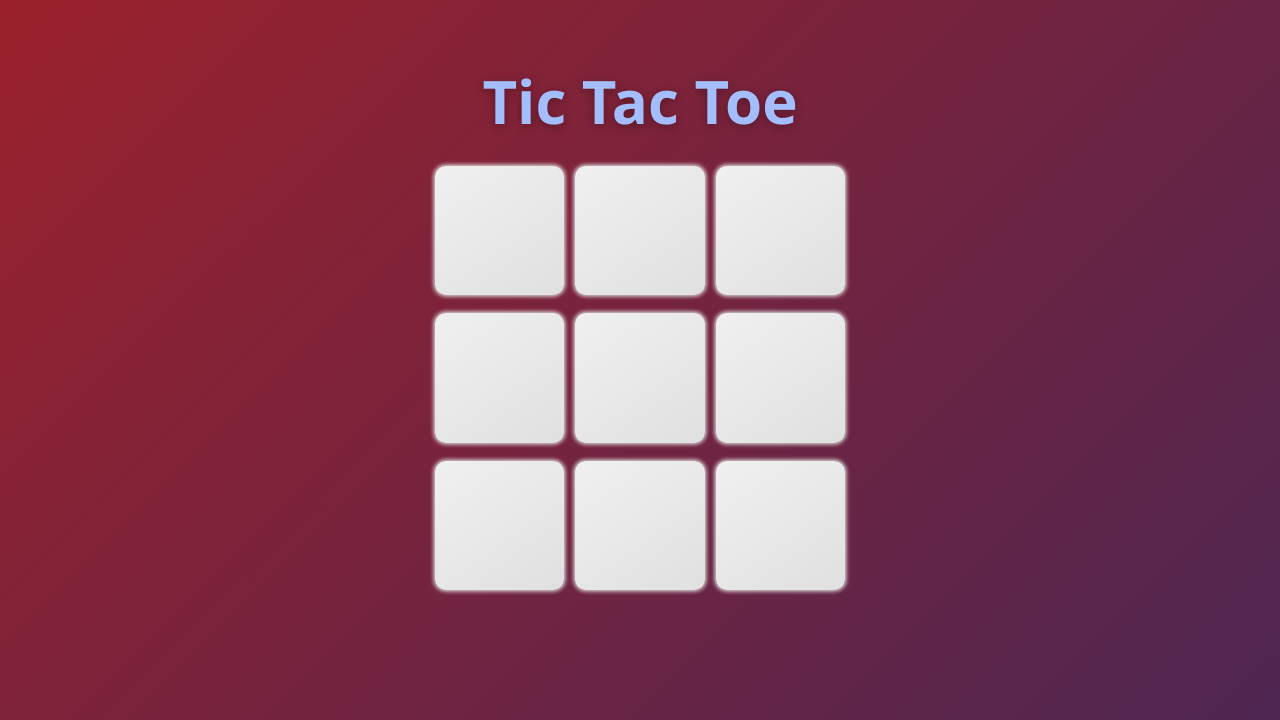
Repository: AreezAnsari/Tic-Tac-Toe
Page: Game/Game.html
The author's editor kept a copy of each file at every save. The page is drawn from the files as they stood at one save, then again after the next save.
The browser window is 1280 px wide. The pictures show the whole page.

Above is the page before, as saved 2025-07-22 07:45:45.
Console error: TypeError: box.addEventListener is not a function

### Game/Game.html
<!DOCTYPE html>
<html lang="en">
<head>
    <meta charset="UTF-8">
    <meta name="viewport" content="width=device-width, initial-scale=1.0">
    <title>Document</title>
    <link rel="stylesheet" href="Game.css">
</head>
<body>

    <div class="msg-container hide">
        <p class="msg">Winner</p>
        <button class="new-btn">New Game</button>
    </div>    <main>
        <h1>Tic Tac Toe</h1>
    <div class="container">
        <div class="game">
        <button class="box"></button>
        <button class="box"></button>
        <button class="box"></button>
        <button class="box"></button>
        <button class="box"></button>
        <button class="box"></button>
        <button class="box"></button>
        <button class="box"></button>
        <button class="box"></button>
        </div>
        </div>
        <button class="reset-btn hide">Reset</button>
    </main>
    <script src="Game.js"></script>
</body>
</html>

### Game/Game.css
/* Reset and Base Styling */
* {
  margin: 0;
  padding: 0;
  box-sizing: border-box;
}

body {
  text-align: center;
  background: linear-gradient(135deg, #1a2a6c, #b21f1f, #1a2a6c);
  background-size: 400% 400%;
  animation: gradientBG 15s ease infinite;
  font-family: 'Segoe UI', Tahoma, Geneva, Verdana, sans-serif;
  min-height: 100vh;
  position: relative;
  padding-top: 60px;
  color: white;
}

@keyframes gradientBG {
  0% { background-position: 0% 50%; }
  50% { background-position: 100% 50%; }
  100% { background-position: 0% 50%; }
}

h1 {
  color: #A4BDFC;
  font-size: 60px;
  padding-bottom: 20px;
  text-shadow: 0 2px 10px rgba(0,0,0,0.3);
}

.container {
  display: flex;
  flex-direction: column;
  align-items: center;
  justify-content: center;
}

.game {
  height: 60vmin;
  width: 60vmin;
  gap: 1.5vmin;
  display: flex;
  flex-wrap: wrap;
  align-items: center;
  justify-content: center;
}

.box {
  color: #333; /* Dark text */
  background: linear-gradient(145deg, #f0f0f0, #e0e0e0); /* Soft light grey gradient */
  height: 18vmin;
  width: 18vmin;
  font-weight: bold;
  font-size: clamp(2.2rem, 6vmin, 4.5rem); /* Responsive size */
  border: none;
  border-radius: 1.5vmin;
  box-shadow: 0px 0px 5px #c8c8c8, 0px 0px 5px #ffffff; /* Neumorphic effect */
  cursor: pointer;
  transition: all 0.25s ease;
  animation: popIn 0.4s ease;
}

.box:hover {
  background: linear-gradient(145deg, #ffffff, #dcdcdc); /* Lighter on hover */
  color: #00c2cc; /* Soft blue text on hover */
  transform: translateY(-4px);
}

.box:active {
  transform: scale(0.96);
}

.reset-btn,
.new-btn {
  padding: 1vmin;
  font-size: 2.5vmin;
  font-weight: bold;
  background-color: black;
  color: white;
  border-radius: 1vmin;
  width: 20vmin;
  height: 7vmin;
  margin-top: 2vmin;
  cursor: pointer;
  transition: all 0.3s ease;
}

.reset-btn:hover,
.new-btn:hover {
  color: red;
  transform: translateY(-2px);
}

.reset-btn:active,
.new-btn:active {
  transform: scale(0.98);
}

.msg-container {
  position: fixed;
  top: 0;
  left: 50%;
  transform: translate(-50%, 0);
  padding: 16px 30px;
  background-color: rgba(0, 0, 0, 0.7);
  border-radius: 12px;
  backdrop-filter: blur(6px);
  box-shadow: 0 6px 20px rgba(0, 0, 0, 0.4);
  animation: slideDown 0.6s ease forwards;
  z-index: 9999;
  display: flex;
  flex-direction: column;
  align-items: center;
}

.msg {
  font-size: 5vmin;
  color: beige;
}

.hide {
  display: none;
}

.box.win {
  animation: pulse 1.5s infinite;
  background: #2ecc71;
  color: white;
}

/* Animations */
@keyframes pulse {
  0% { transform: scale(1); }
  50% { transform: scale(1.1); }
  100% { transform: scale(1); }
}

@keyframes slideDown {
  0% {
    opacity: 0;
    transform: translate(-50%, -100%);
  }
  100% {
    opacity: 1;
    transform: translate(-50%, 0);
  }
}

@keyframes popIn {
  0% {
    opacity: 0;
    transform: scale(0.6);
  }
  100% {
    opacity: 1;
    transform: scale(1);
  }
}

### Game/Game.js
let box = document.querySelectorAll(".box");
let button = document.querySelector("button");
let container = document.querySelector(".container");

let value = "X";

const btn = () => {
  if (value === "X") {
    button.innerHTML = "Y";
    Value = "Y";
  } else {
    button.innerText = "X";
    Value = "X";
  }
};

box.addEventListener("click", btn);

After the next save:
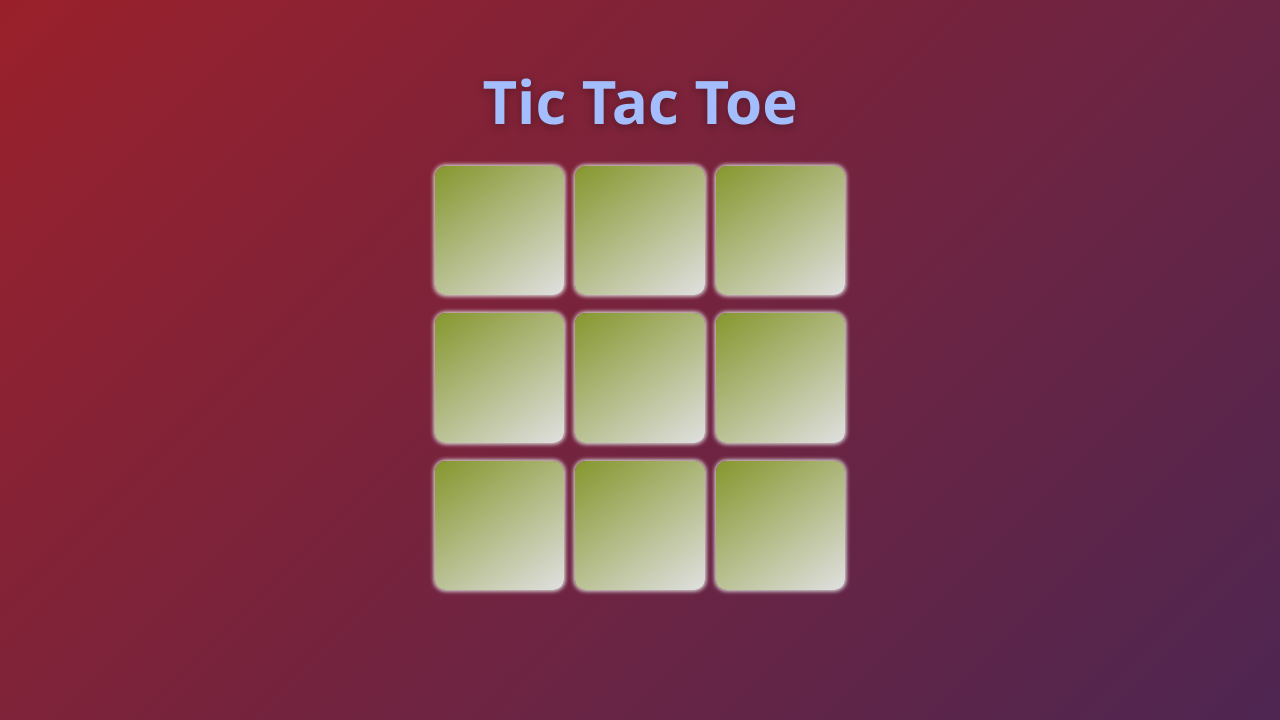
Saved 5 s later.
--- a/Game/Game.css
+++ b/Game/Game.css
@@ -49,7 +49,7 @@
 
 .box {
   color: #333; /* Dark text */
-  background: linear-gradient(145deg, #f0f0f0, #e0e0e0); /* Soft light grey gradient */
+  background: linear-gradient(145deg, #85972d, #e0e0e0); /* Soft light grey gradient */
   height: 18vmin;
   width: 18vmin;
   font-weight: bold;
